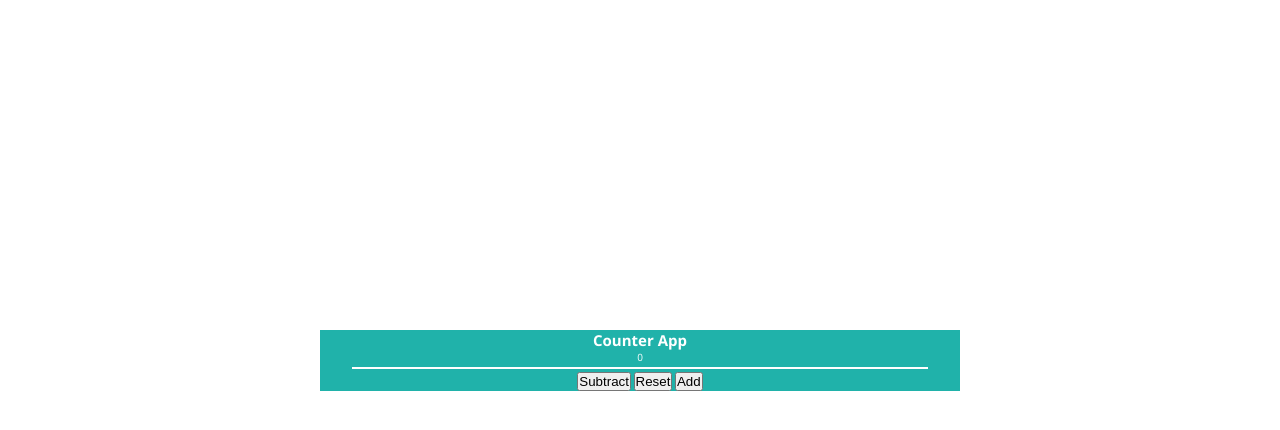
Repository: fakebrianho/100daysJS
Page: day001/index.html
The author's editor kept a copy of each file at every save. The page is drawn from the files as they stood at one save, then again after the next save.
The browser window is 1280 px wide. The pictures show the whole page.
Some web libraries are served in a nearby version.

Above is the page before, as saved 2023-03-21 15:07:42.

### day001/index.html
<!DOCTYPE html>
<html lang="en">

<head>
  <meta charset="UTF-8" />
  <meta name="viewport" content="width=device-width, initial-scale=1.0" />
  <title>Document</title>
  <script src="https://kit.fontawesome.com/1935d064dd.js" crossorigin="anonymous"></script>
  <link rel="stylesheet" href="styles.css" />
</head>

<body>
  <main>
    <section class='container'>
      <h1 class='title'>Counter App</h1>
      <section class='counter'><span class='count'>0</span></section>
      <div class='divider'></div>
      <footer>
        <button class='subtract'>Subtract</button>
        <button class='reset'>Reset</button>
        <button class='add'>Add</button>
      </footer>
    </section>
  </main>

  <script src="script.js"></script>
</body>

</html>

### day001/styles.css
@import url('https://fonts.googleapis.com/css2?family=Open+Sans:wght@300;400;600;700&display=swap');

:root {
	--white: #fff;
	--black: #1c2b2d;
	--blue: #31326f;
	--light-blue: #005490;
	--color-primary: #9d0191;
	--color-sec: #db6400;
	--grey: #eee;
	--dark-grey: #222831;
}

* {
	margin: 0;
	padding: 0;
	box-sizing: border-box;
}

main {
	width: 100%;
	height: 100vh;
	display: flex;
	justify-content: center;
	align-items: center;
}

html {
	font-size: 10px;
}

body {
	font-family: 'Open Sans', sans-serif;
}

p {
	font-size: 1.6rem;
	line-height: 1.5;
}

img {
	width: 100%;
}

.container {
	background-color: lightseagreen;
	color: white;
	display: flex;
	justify-content: center;
	align-items: center;
	flex-direction: column;
	width: 50%;
	max-width: 900px;
	/* max-width: 900px;
  margin: 0 auto;
  padding: 0 20px; */
}
.divider {
	height: 2px;
	width: 90%;
	/* padding: 2px 0px; */
	margin: 3px;
	background-color: white;
}

Loaded but not shown: day001/script.js (no stored copy; drawn as an empty file)

After the next save:
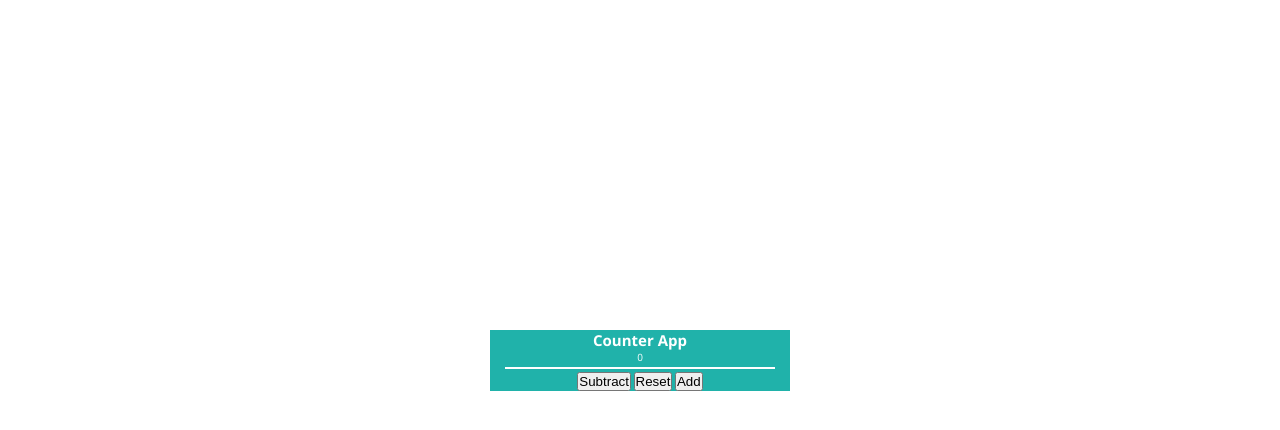
Saved 4 s later.
--- a/day001/styles.css
+++ b/day001/styles.css
@@ -50,7 +50,7 @@ img {
 	align-items: center;
 	flex-direction: column;
 	width: 50%;
-	max-width: 900px;
+	max-width: 300px;
 	/* max-width: 900px;
   margin: 0 auto;
   padding: 0 20px; */
